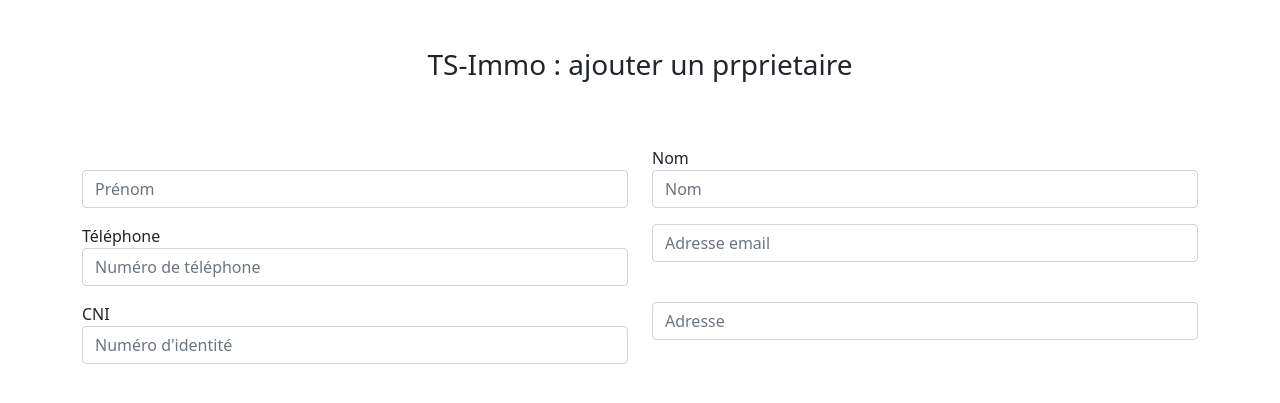
Repository: saliou-t/TS-IMMO
Page: http://localhost/src/views/proprietaire/new.html.php
An editor plug-in stored every save of this project. The page is shown before and after a run of saves, followed by the edit.
The browser window is 1280 px wide. The pictures show the whole page.
The page is run by PHP 8.4 with error messages shown; the project is at /var/www/html/.

Above is the page before, as saved 2022-04-03 01:10:19.

### src/views/proprietaire/new.html.php
<!DOCTYPE html>
<html lang="en">
<head>
    <meta charset="UTF-8">
    <meta http-equiv="X-UA-Compatible" content="IE=edge">
    <meta name="viewport" content="width=device-width, initial-scale=1.0">
    <link href="https://cdn.jsdelivr.net/npm/bootstrap@5.1.3/dist/css/bootstrap.min.css" rel="stylesheet" integrity="sha384-1BmE4kWBq78iYhFldvKuhfTAU6auU8tT94WrHftjDbrCEXSU1oBoqyl2QvZ6jIW3" crossorigin="anonymous">
    <title>Ajouter Proprietaire</title>

</head>
<body>

<div class="container jumbotron">
    <h3 class="text-center my-5">TS-Immo : ajouter un prprietaire</h3>
    <div class="row">
        <form action="">
            <div class="row my-3">
                <div class="col">
                    <label for="Prénom"></label>
                    <input class="form-control" name ="prenom" type="text" placeholder="Prénom">
                </div>
                <div class="col">
                    <label for="nom">Nom</label>
                    <input class="form-control" name="nom" type="text" placeholder="Nom">
                </div>
            </div>
            <div class="row my-3">
                <div class="col">
                    <label for="telephone">Téléphone</label>
                    <input class="form-control" name="telephone" type="text" placeholder="Numéro de téléphone">
                </div>
                <div class="col">
                    <input class="form-control" name="email" type="text" placeholder="Adresse email">
                </div>
            </div>
            <div class="row">
                <div class="col">
                    <label for="cni">CNI</label>
                    <input class="form-control" name="CNI" type="text" placeholder="Numéro d'identité">
                </div>
                <div class="col">
                    <input class="form-control" name="adresse" type="text" placeholder="Adresse">
                </div>
            </div>
        </form>
    </div>
</div>
</body>
</html>

After the next 4 saves:
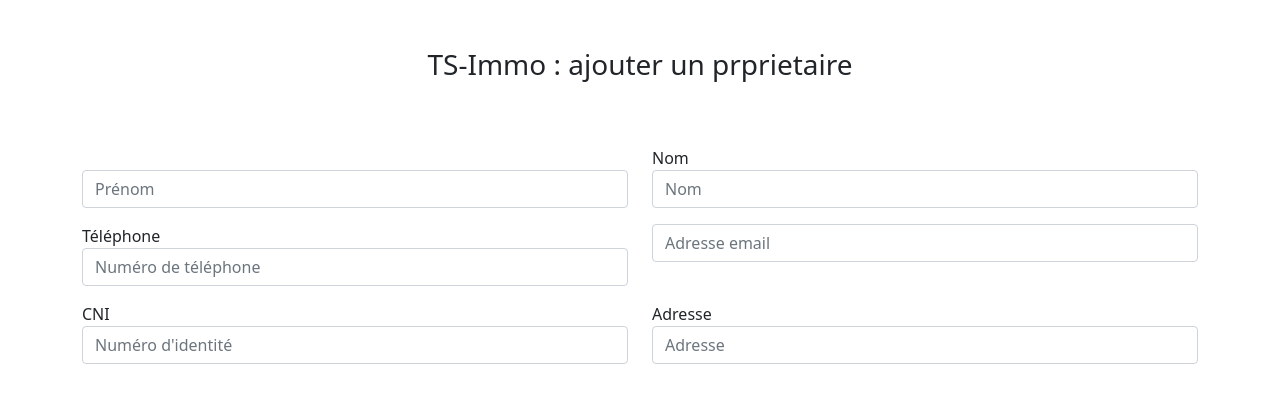
The 4 saves are shown as one change because they came seconds apart.
The last was saved 14 s later.
--- a/src/views/proprietaire/new.html.php
+++ b/src/views/proprietaire/new.html.php
@@ -39,6 +39,7 @@
                     <input class="form-control" name="CNI" type="text" placeholder="Numéro d'identité">
                 </div>
                 <div class="col">
+                    <label for="adresse">Adresse</label>
                     <input class="form-control" name="adresse" type="text" placeholder="Adresse">
                 </div>
             </div>
